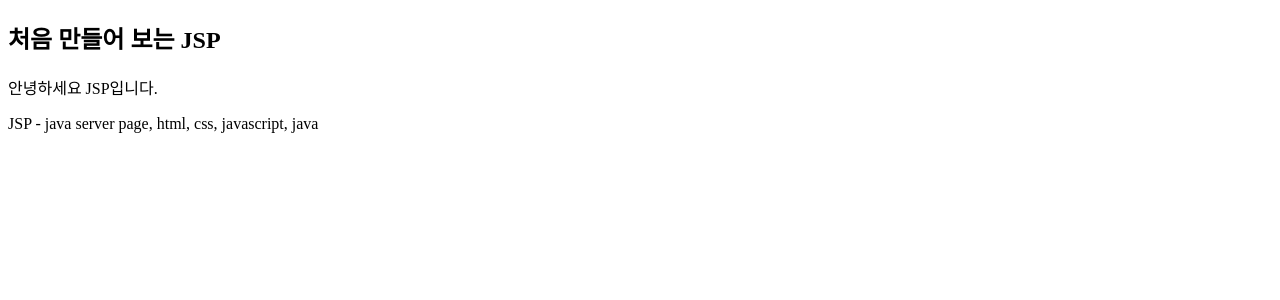
Repository: ahwaboin3/eclipse-workspace-jsp
Page: http://localhost/MustHaveJSP/HelloJSP.jsp
The author's editor kept a copy of each file at every save. The page is drawn from the files as they stood at one save, then again after the next save.
The browser window is 1280 px wide. The pictures show the whole page.
The page is served by Tomcat 10. Other server files are loaded and not shown.

Above is the page before, as saved 2025-05-21 01:45:14.

### MustHaveJSP/src/main/webapp/HelloJSP.jsp
<%@ page language="java" contentType="text/html; charset=UTF-8"
    pageEncoding="UTF-8"%>
<!DOCTYPE html>
<%!
	String str1="JSP";
	String str2="안녕하세요";
%>
<html>
<head>
<meta charset="UTF-8">
<title>HelloJSP</title>
</head>
<body>
	<h2>처음 만들어 보는 <%=str1 %></h2>
	<p>
		<%
			out.println(str2+" "+str1+"입니다.");
		%>
	</p>
	<p id="p1"><p>
	<script type="text/javascript">
		document.querySelector("#p1").innerHTML=
			"JSP - java server page, html, css, javascript, java"

	</script>
</body>
</html>

After the next save:
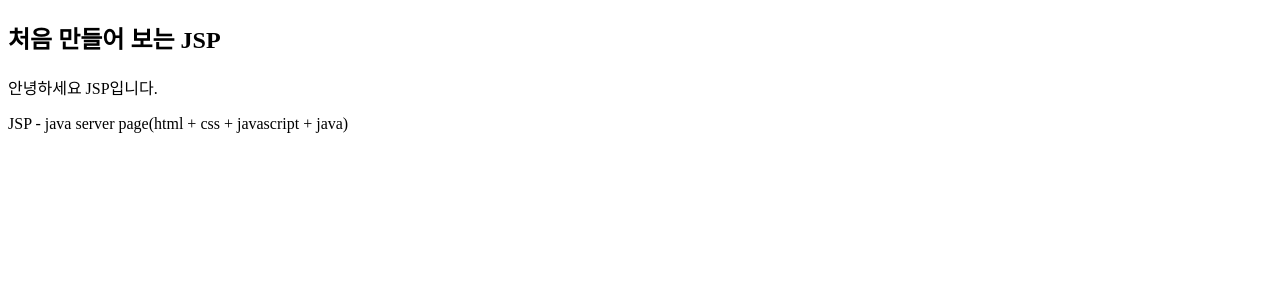
Saved 50 s later.
--- a/MustHaveJSP/src/main/webapp/HelloJSP.jsp
+++ b/MustHaveJSP/src/main/webapp/HelloJSP.jsp
@@ -20,7 +20,8 @@
 	<p id="p1"><p>
 	<script type="text/javascript">
 		document.querySelector("#p1").innerHTML=
-			"JSP - java server page, html, css, javascript, java"
+			"JSP - java server page"+
+			"(html + css + javascript + java)"
 
 	</script>
 </body>
